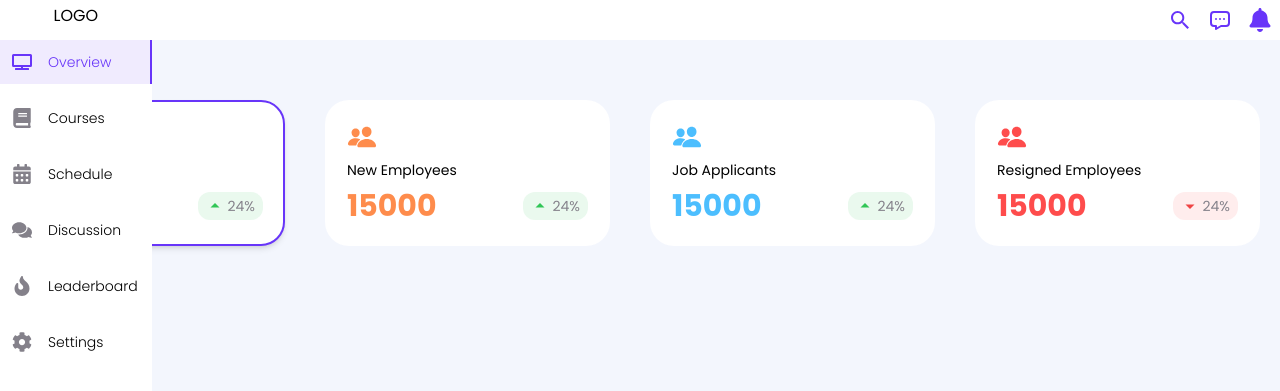
Repository: SpicierEwe/creativeio_hr_dashboard
Page: /
These files come from the project's save history. The page is drawn as it stood at one moment and after a run of saves; the edit follows.
The browser window is 1280 px wide. The pictures show the whole page.
The project was rebuilt for these pictures with package versions that can differ from the ones it lists, and the page was loaded fresh each time. Also part of the build but not shown: src/components/dashboard/sections/sections_2/section_2.jsx. Imported but missing from the stored project, and not drawn on this page: src/components/dashboard/sections/sections_2/charts/pie_chart.

Above is the page before, as saved 2024-06-28 23:28:15.

### public/index.html
<!DOCTYPE html>
<html lang="en">
  <head>
    <meta charset="utf-8" />
    <link rel="icon" href="%PUBLIC_URL%/favicon.ico" />
    <meta name="viewport" content="width=device-width, initial-scale=1" />
    <meta name="theme-color" content="#000000" />
    <meta
      name="description"
      content="A perfectly optmized HR Dashboard for all screens sizes to give you the best possible user experience no matter the type of screen size you use."
    />
    <link rel="apple-touch-icon" href="%PUBLIC_URL%/logo192.png" />
    <!--
      manifest.json provides metadata used when your web app is installed on a
      user's mobile device or desktop. See https://developers.google.com/web/fundamentals/web-app-manifest/
    -->
    <link rel="manifest" href="%PUBLIC_URL%/manifest.json" />
    <!--
      Notice the use of %PUBLIC_URL% in the tags above.
      It will be replaced with the URL of the `public` folder during the build.
      Only files inside the `public` folder can be referenced from the HTML.

      Unlike "/favicon.ico" or "favicon.ico", "%PUBLIC_URL%/favicon.ico" will
      work correctly both with client-side routing and a non-root public URL.
      Learn how to configure a non-root public URL by running `npm run build`.
    -->
    <title>HR Dashboard</title>
  </head>
  <body>
    <noscript>You need to enable JavaScript to run this app.</noscript>
    <div id="root"></div>
    <!--
      This HTML file is a template.
      If you open it directly in the browser, you will see an empty page.

      You can add webfonts, meta tags, or analytics to this file.
      The build step will place the bundled scripts into the <body> tag.

      To begin the development, run `npm start` or `yarn start`.
      To create a production bundle, use `npm run build` or `yarn build`.
    -->
  </body>
</html>

### src/index.css
@import url('https://fonts.googleapis.com/css2?family=Poppins:ital,wght@0,100;0,200;0,300;0,400;0,500;0,600;0,700;0,800;0,900;1,100;1,200;1,300;1,400;1,500;1,600;1,700;1,800;1,900&display=swap');


@tailwind base;
@tailwind components;
@tailwind utilities;

@layer base {
    :root {
        --color-primary: #ffffff;
        --color-secondary: #f3f6fd;
        --accent: #6835f9;
        --accent-light: #f0ebfe;

        --font-primary: #202020;
        --font-secondary: #84818A;
        --font-tertiary: #47464A;
        /* Corrected the double # */
    }

    .hide-scrollbar::-webkit-scrollbar {
        display: none;
    }

    .hide-scrollbar {
        -ms-overflow-style: none;
        /* IE and Edge */
        scrollbar-width: none;
        /* Firefox */
    }

    body {
        font-family: 'Poppins', sans-serif;
        background-color: var(--color-secondary);
    }

    h1,
    h2,
    h3,
    h4 {
        color: var(--font-primary);
    }





    p {
        color: var(--font-secondary);
    }
}

### src/App.js
import { BrowserRouter as Router, Routes, Route } from "react-router-dom";

import "./App.css";
import DashBoard from "./components/dashboard/dashboard";
import SideNav from "./components/side_nav/side_nav";
import { useRef } from "react";

function App() {
  const sideRef = useRef(null);
  return (
    <Router>
      <div className="App overflow-x-hidden ">
        <div className="flex max-w-screen-2xl w-screen">
          {/* side and top nav  */}
          <div ref={sideRef} className="">
            <SideNav />
          </div>
          {/* right content */}
          <div className="w-[100%] pt-20  ">
            <Routes>
              <Route path="/" element={<DashBoard />} />
            </Routes>
          </div>
        </div>
      </div>
    </Router>
  );
}

export default App;

### src/components/dashboard/dashboard.jsx
import Section1 from "./sections/section_1/section_1";
import Section2 from "./sections/sections_2/section_2";

function DashBoard() {
  return (
    <div>
      <div className=" ">
        <Section1 />
      </div>

      <div className="">{/* <Section2 /> */}</div>
    </div>
  );
}

export default DashBoard;

### src/components/side_nav/side_nav.jsx
import React, { useEffect, useState } from "react";

import {
  FaComments,
  FaCog,
  FaFire,
  FaCalendarAlt,
  FaBook,
  FaTv,
  FaBell,
} from "react-icons/fa";
import { IoMdSearch } from "react-icons/io";
import { TbMessageDots } from "react-icons/tb";
import { Link, redirect, useLocation } from "react-router-dom";

const menuItems = [
  { id: 1, icon: <FaTv />, label: "Overview", notifications: 0, redirect: "/" },
  {
    id: 2,
    icon: <FaBook />,
    label: "Courses",
    notifications: 0,
    redirect: "/courses",
  },
  {
    id: 3,
    icon: <FaCalendarAlt />,
    label: "Schedule",
    notifications: 2,
    redirect: "/schedule",
  },
  {
    id: 4,
    icon: <FaComments />,
    label: "Discussion",
    notifications: 0,
    redirect: "/discussion",
  },
  {
    id: 5,
    icon: <FaFire />,
    label: "Leaderboard",
    notifications: 0,
    redirect: "/leaderboard",
  },
  {
    id: 6,
    icon: <FaCog />,
    label: "Settings",
    notifications: 0,
    redirect: "/settings",
  },
];

function SideNav() {
  const [selectedNavIndex, setSelectedNavIndex] = useState(0);

  const location = useLocation();

  useEffect(() => {
    const path = location.pathname;
    const index = menuItems.findIndex((item) => item.redirect === path);
    setSelectedNavIndex(index);
  }, [location.pathname]);

  return (
    <div className="fixed">
      {/* top nav */}
      <TopNavBar />

      {/* side nav */}
      <ul className="flex flex-col fixed  gap-3 h-screen justify-between z-[999] bg-primary">
        <div className="flex flex-col  gap-3">
          {/*  LOGO images */}

          <div className="mt-1">LOGO</div>

          {/* <h2>Main Menu</h2> */}
          {menuItems.map((item, index) => {
            const isSelected = selectedNavIndex === index;
            return (
              <Link to={item.redirect}>
                <li
                  key={item.id}
                  // bg
                  className={`p-3 border-r-2 ${
                    isSelected ? "border-accent" : "border-primary"
                  } text-md cursor-pointer w-full ${
                    isSelected ? "bg-accent_light" : ""
                  } transition-all duration-200 ease-in-out`}
                  onClick={() => setSelectedNavIndex(index)}
                >
                  <div className="flex justify-between gap-10 ">
                    <div className="flex gap-4">
                      {/* item icon */}
                      <div
                        className={` text-2xl lg:text-xl ${
                          isSelected ? "text-accent" : "text-secondary"
                        }  `}
                      >
                        {item.icon}
                      </div>

                      {/* lable */}
                      <div
                        className={`hidden lg:block text-sm font-light ${
                          isSelected ? "text-accent" : ""
                        } `}
                      >
                        {item.label}
                      </div>
                    </div>
                  </div>
                </li>
              </Link>
            );
          })}
        </div>
      </ul>
    </div>
  );
}

export default SideNav;
const TopNavBar = () => {
  const icons = [<IoMdSearch />, <TbMessageDots />, <FaBell />];
  return (
    <div className="bg-primary w-screen fixed  max-w-screen-2xl">
      {/* mobile */}
      <div className="flex justify-between">
        <div></div>

        {/* icons */}
        <div className="flex">
          {icons.map((icon, index) => (
            <div
              key={index}
              className="flex justify-end p-2 text-2xl text-accent"
            >
              {icon}
            </div>
          ))}
        </div>
      </div>
    </div>
  );
};

### src/components/dashboard/sections/section_1/section_1.jsx
import { useState } from "react";
import { IoPeople } from "react-icons/io5";
import { RiArrowUpSFill } from "react-icons/ri";

function Section1() {
  const data = [
    {
      icon: <IoPeople />,
      title: "Total Employees",
      count: 15000,
      percentage: "24%",
      color: "#6835f9",
      drop: false,
    },
    {
      icon: <IoPeople />,
      title: "New Employees",
      count: 15000,
      percentage: "24%",
      color: "#fe8c4c",
      drop: false,
    },
    {
      icon: <IoPeople />,
      title: "Job Applicants",
      count: 15000,
      percentage: "24%",
      color: "#4cbefe",
      drop: false,
    },
    {
      icon: <IoPeople />,
      title: "Resigned Employees",
      count: 15000,
      percentage: "24%",
      color: "#fe4c4c",
      drop: true,
    },
  ];

  function hexToRGBA(hex, opacity) {
    let r = 0,
      g = 0,
      b = 0;
    if (hex.length === 4) {
      r = parseInt(hex[1] + hex[1], 16);
      g = parseInt(hex[2] + hex[2], 16);
      b = parseInt(hex[3] + hex[3], 16);
    } else if (hex.length === 7) {
      r = parseInt(hex[1] + hex[2], 16);
      g = parseInt(hex[3] + hex[4], 16);
      b = parseInt(hex[5] + hex[6], 16);
    }
    return `rgba(${r},${g},${b},${opacity})`;
  }

  const item = {
    color: "#ff5733", // Example color
  };

  const boxShadowColor = hexToRGBA(item.color, 0.3);
  const boxShadow = `0 4px 10px -3px ${boxShadowColor}`;
  console.log(boxShadow);

  const [selectedIndex, setSelectedIndex] = useState(0);

  return (
    <div className="hide-scrollbar flex gap-5 lg:gap-10 overflow-x-auto hide-scroll w-full p-5 pl-0   xl:grid grid-cols-4 ">
      {data.map((item, index) => {
        return (
          <div
            key={index}
            onClick={() => setSelectedIndex(index)}
            className={`text-start rounded-3xl p-5 bg-primary flex flex-col items-start cursor-pointer ${
              selectedIndex === index ? `shadow-md` : ""
            } transition-all duration-200 ease-in-out `}
            style={{
              border: `2px ${
                selectedIndex === index ? item.color : "transparent"
              } solid`,
            }}
          >
            <div
              className="text-3xl"
              style={{
                color: item.color,
              }}
            >
              {item.icon}
            </div>
            <div className=" mt-2 text-sm  whitespace-nowrap">{item.title}</div>
            <div className="w-full flex gap-3 mt-2  items-center justify-between">
              <p
                className="text-3xl font-bold"
                style={{
                  color: item.color,
                }}
              >
                {item.count}
              </p>
              <div
                className="flex gap-1 items-center w-fit rounded-xl py-1 px-2"
                style={{
                  color: item.drop ? "red" : "green",
                  backgroundColor: item.drop
                    ? "rgba(254, 76, 76, 0.1)"
                    : "rgba(49, 198, 86, 0.1)",
                }}
              >
                {!item.drop ? (
                  <RiArrowUpSFill className="text-[#31c656] text-lg" />
                ) : (
                  <RiArrowUpSFill className="text-red-500 text-lg rotate-180" />
                )}
                <p className="text-sm">{item.percentage}</p>
              </div>
            </div>
          </div>
        );
      })}
    </div>
  );
}

export default Section1;

### tailwind.config.js
/** @type {import('tailwindcss').Config} */
module.exports = {
  content: ["./src/**/*.{js,jsx,ts,tsx}"],
  theme: {
    extend: {
      colors: {
        primary: "var(--color-primary)",
        secondary: "var(--color-secondary)",
        accent: "var(--accent)",
        accent_light: "var(--accent-light)",
      },
      textColor: {
        primary: "var(--font-primary)",
        secondary: "var(--font-secondary)",
        tertiary: "var(--font-tertiary)",
      },
    },
  },
  plugins: [],
};

Loaded but not shown: src/index.js (common file); src/reportWebVitals.js (common file); src/App.css (common file)

After the next 2 saves:
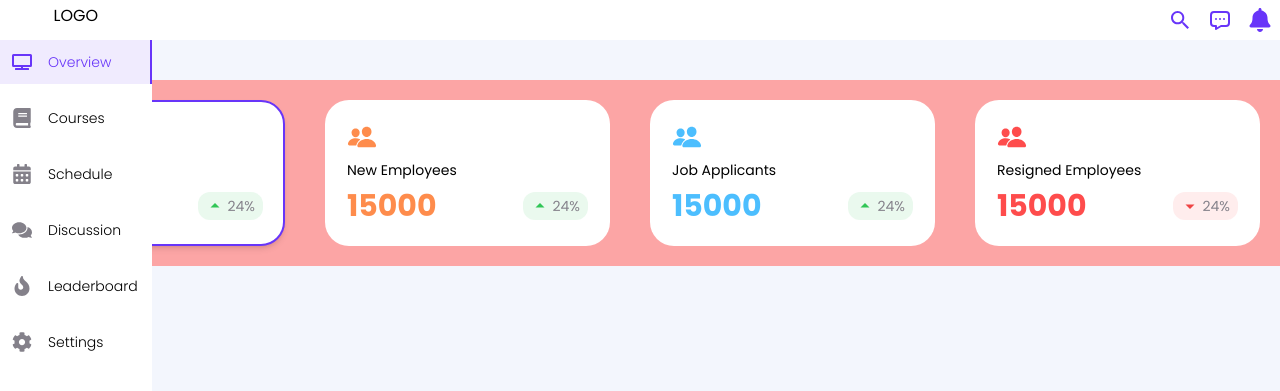
The 2 saves are shown as one change because they came seconds apart.
The last was saved 9 s later.
--- a/src/components/dashboard/sections/section_1/section_1.jsx
+++ b/src/components/dashboard/sections/section_1/section_1.jsx
@@ -65,7 +65,7 @@ function Section1() {
   const [selectedIndex, setSelectedIndex] = useState(0);
 
   return (
-    <div className="hide-scrollbar flex gap-5 lg:gap-10 overflow-x-auto hide-scroll w-full p-5 pl-0   xl:grid grid-cols-4 ">
+    <div className="hide-scrollbar flex gap-5 lg:gap-10 overflow-x-auto hide-scroll w-full p-5 pl-0   xl:grid grid-cols-4 bg-red-300">
       {data.map((item, index) => {
         return (
           <div
